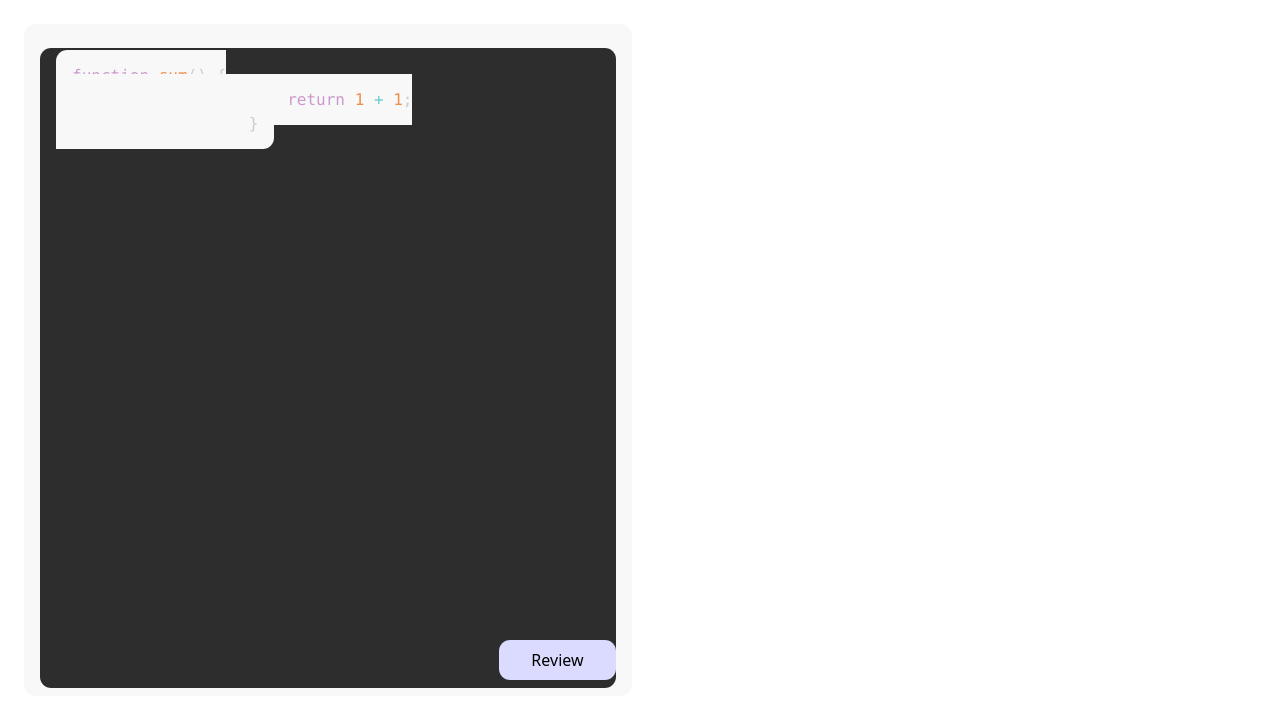
Repository: swarnabha-dutta/ai-code-reviewer
Page: / (app in frontend/)
These files come from the project's save history. The page is drawn as it stood at one moment and after the next save; the edit follows.
The browser window is 1280 px wide. The pictures show the whole page.
The project was rebuilt for these pictures with package versions that can differ from the ones it lists, and the page was loaded fresh each time. Also part of the build but not shown: frontend/vite.config.js.

Above is the page before, as saved 2025-06-07 09:01:20.

After the next save:
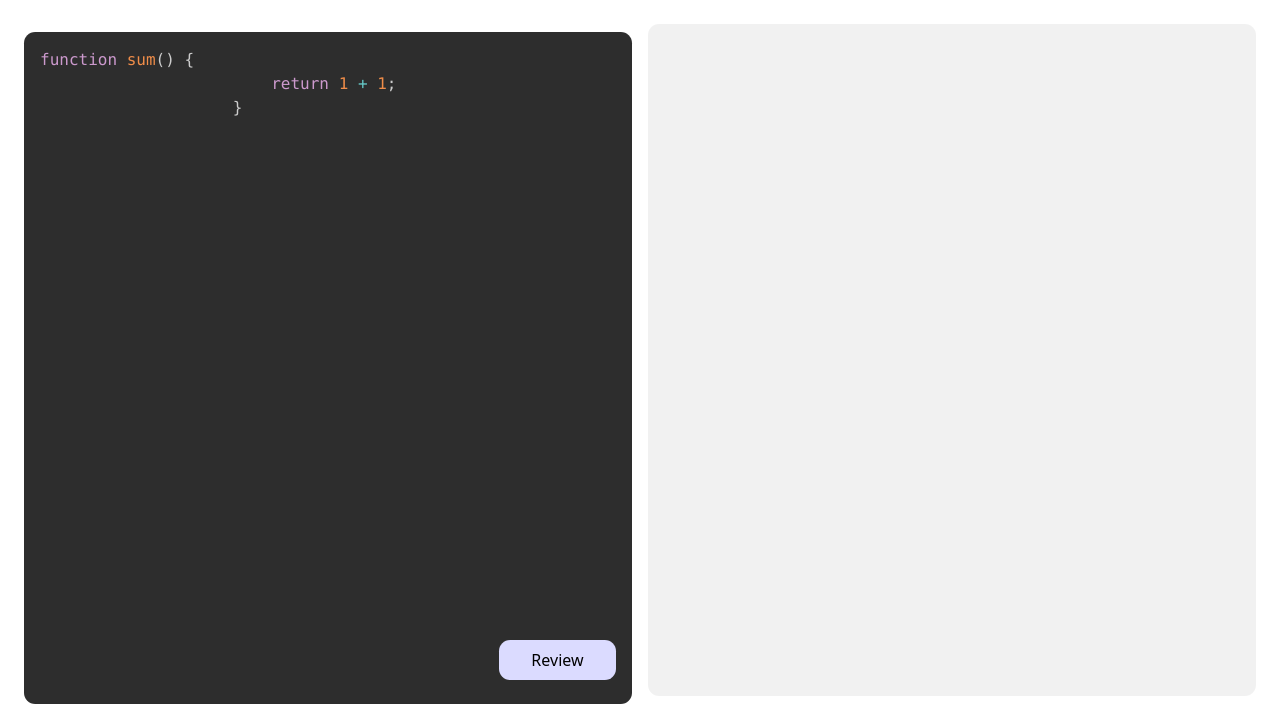
Saved 49 s later.
--- a/frontend/src/App.css
+++ b/frontend/src/App.css
@@ -1,7 +1,7 @@
 * {
-  margin: 0;
-  padding: 0;
-  box-sizing: border-box; /* fixed typo */
+  margin: 0%;
+  padding: 0%;
+  box-sizing: border-box; /* fixed typo: 'border-boc' -> 'border-box' */
 }
 
 html,
@@ -24,11 +24,10 @@ main .right {
   height: 100%;
   flex-basis: 50%;
   border-radius: 0.7rem;
-  overflow: hidden; /* to contain child border-radius */
 }
 
 main .left {
-  background-color: #ffffff;
+  background-color: #fff;
   position: relative;
 }
 
@@ -39,9 +38,7 @@ main .left {
   width: 100%;
   margin: 0;
   border-radius: 0.7rem;
-  background-color: #f8f8f8; /* Optional: match light background */
-  padding: 1rem;
-  overflow: auto;
+  /* keeping original background-color by omission */
 }
 
 main .left .review {
@@ -55,12 +52,11 @@ main .left .review {
   border-radius: 0.7rem;
   cursor: pointer;
   user-select: none;
-  z-index: 10;
 }
 
 main .right {
-  /* background-color: #e8e8e8; */
-  padding: 1rem 2rem;
-  font-size: 1.5rem;
-  overflow: auto;
+  background-color: #e8e8e89f;
+  padding: 1rem 2rem; /* added from code 2 */
+  font-size: 1.5rem; /* added from code 2 */
+  overflow: auto; /* added from code 2 */
 }
